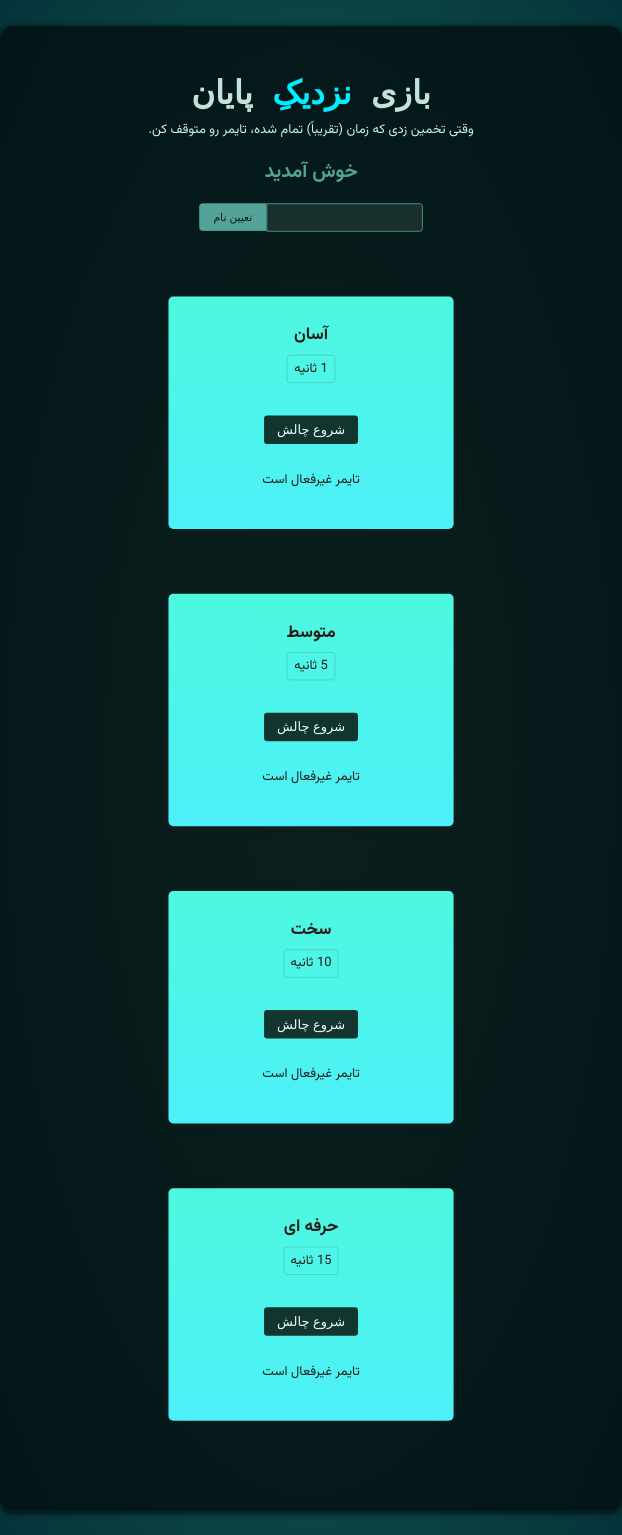
Repository: H-ala/react-near-end
Page: /
The author's editor kept a copy of each file at every save. The page is drawn from the files as they stood at one save, then again after the next save.
The browser window is 768 px wide. The pictures show the whole page, at 81% of full size.
The project was rebuilt for these pictures with package versions that can differ from the ones it lists, and the page was loaded fresh each time. Also part of the build but not shown: vite.config.js.

Above is the page before, as saved 2025-10-21 20:02:38.

After the next save:
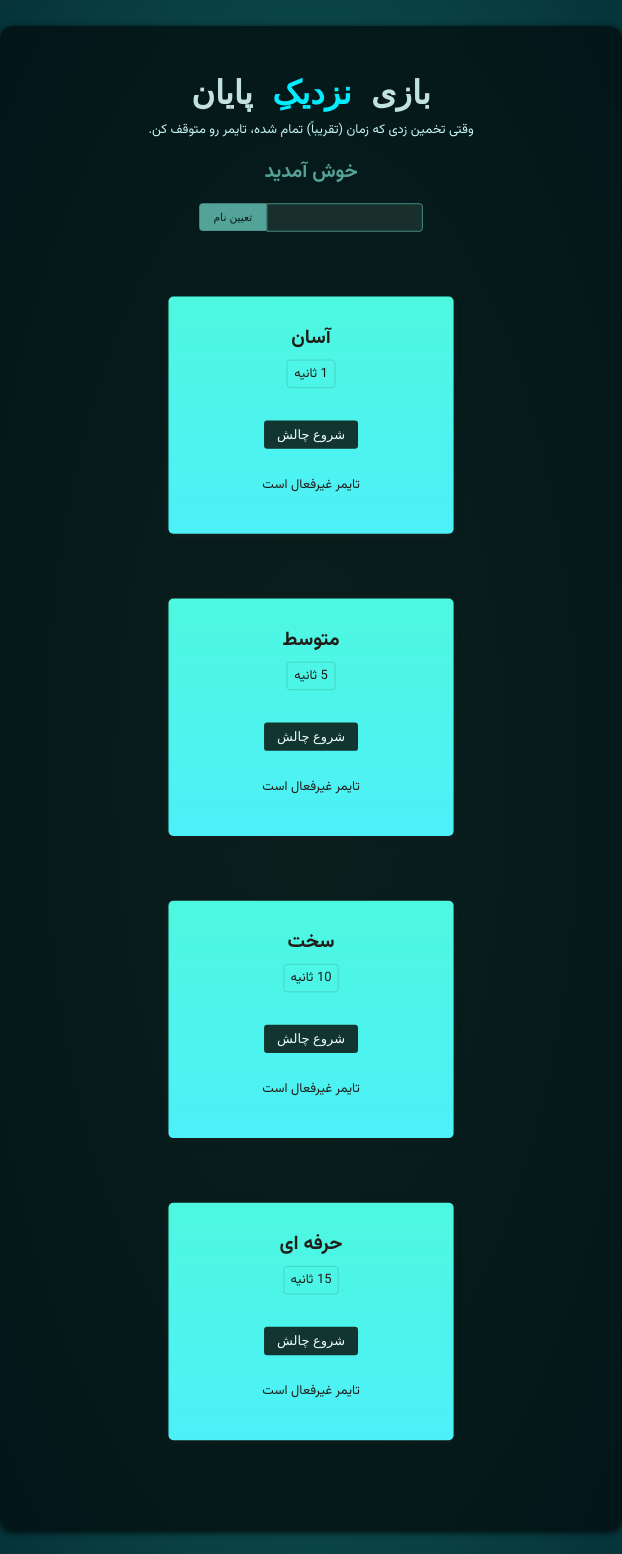
Saved 12 s later.
--- a/src/index.css
+++ b/src/index.css
@@ -234,9 +234,9 @@ header p {
     gap: 1rem;
   }
 
-  .challenge h2 {
+  /* .challenge h2 {
     font-size: 1.3rem;
-  }
+  } */
 
   .challenge button {
     font-size: 1rem;
